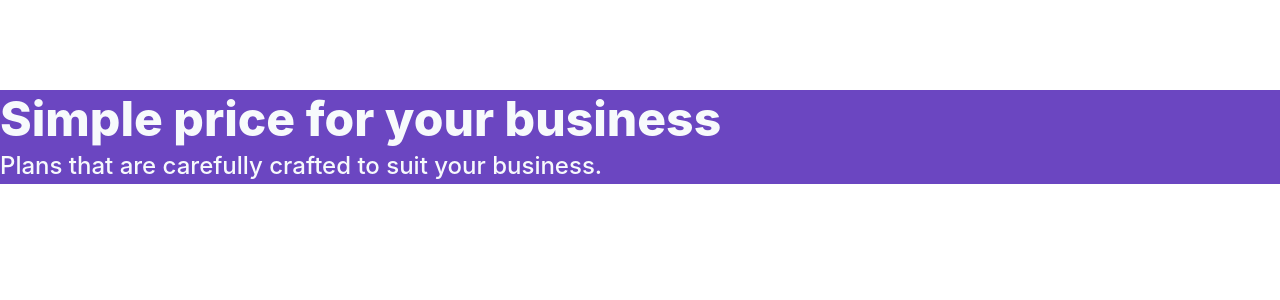
Repository: noutijo/learn-in-depth-chakra-ui
Page: /
An editor plug-in stored every save of this project. The page is shown before and after a run of saves, followed by the edit.
The browser window is 1280 px wide. The pictures show the whole page.
The project was rebuilt for these pictures with package versions that can differ from the ones it lists, and the page was loaded fresh each time. Also part of the build but not shown: vite.config.ts.

Above is the page before, as saved 2023-01-30 14:58:28.

After the next 2 saves:
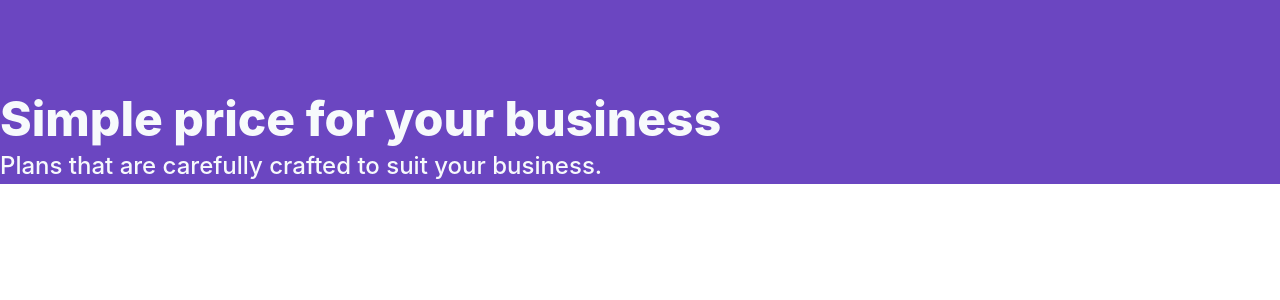
The 2 saves are shown as one change because they came seconds apart.
The last was saved 13 s later.
--- a/src/components/Header.tsx
+++ b/src/components/Header.tsx
@@ -3,7 +3,7 @@ import { Box, Heading, Text, Flex } from "@chakra-ui/react";
 
 export function Header() {
   return (
-    <Box  color="#F7FAFC" bg="#6b46c1" mt="90px" >
+    <Box  color="#F7FAFC" bg="#6b46c1" pt="90px" >
       <Heading fontWeight={800} fontSize={"48px"}>
         Simple price for your business
       </Heading>
